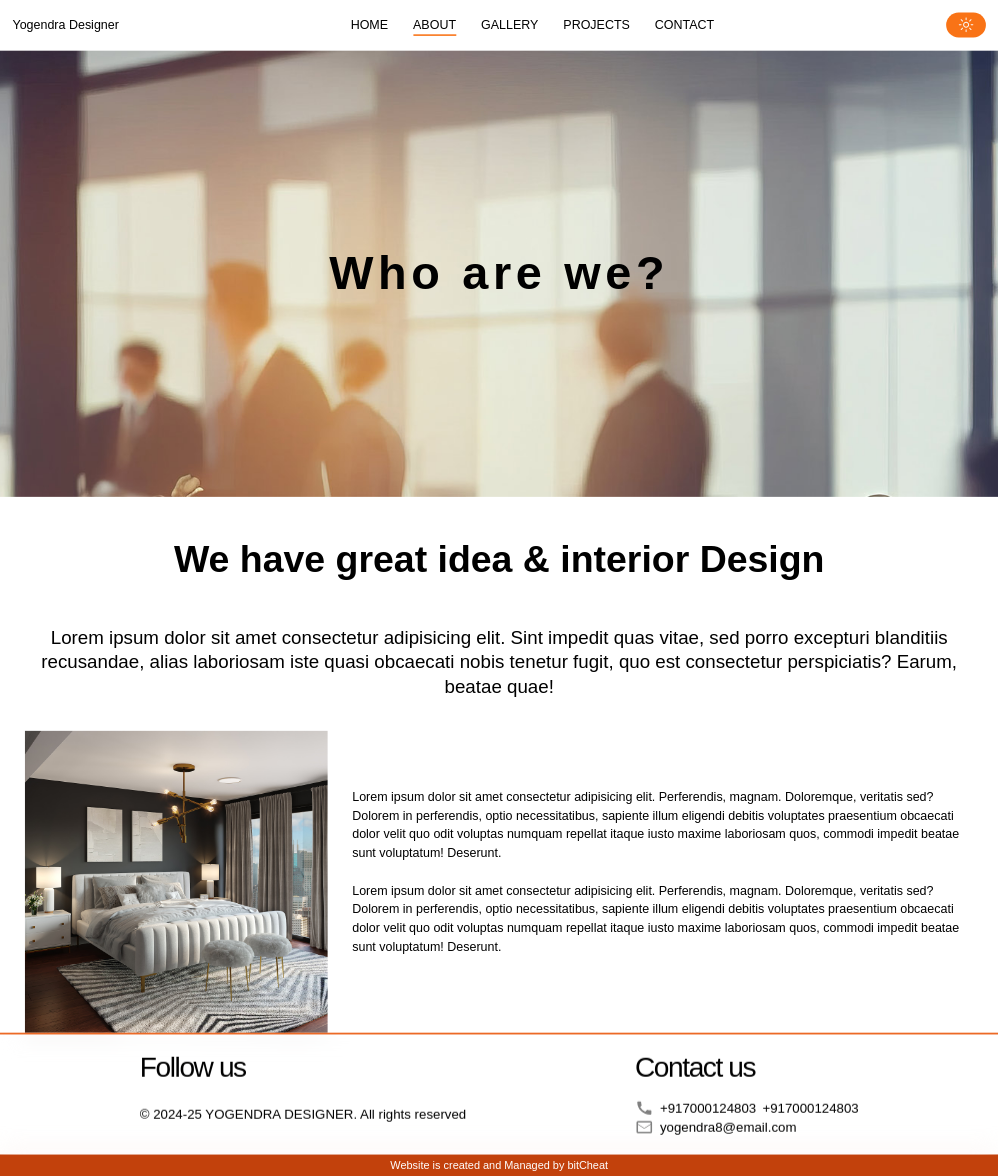
Repository: hitoutvrma/MB_designs-Interior-Designing-website
Page: /about
An editor plug-in stored every save of this project. The page is shown before and after the next save, followed by the edit.
The browser window is 1280 px wide. The pictures show the whole page, at 78% of full size.
The project was rebuilt for these pictures with package versions that can differ from the ones it lists, and the page was loaded fresh each time. The framework's server and built-in components were replaced by stand-ins that run in the browser. Also part of the build but not shown: next.config.mjs.

Above is the page before, as saved 2024-09-16 20:42:42.

### app/layout.js
import localFont from "next/font/local";
import { Sen } from "next/font/google";
import "./globals.css";
import Header from "@/components/ui/Header";
import Footer from "@/components/ui/Footer";
import { ThemeProvider } from "@/components/ThemeProvider";

const josef = Sen({
  subsets:["latin"],
  weight:["400","500","600","700"],
  display:"swap"
})

// const geistSans = localFont({
//   src: "./fonts/GeistVF.woff",
//   variable: "--font-geist-sans",
//   weight: "100 900",
// });
// const geistMono = localFont({
//   src: "./fonts/GeistMonoVF.woff",
//   variable: "--font-geist-mono",
//   weight: "100 900",
// });

export const metadata = {
  title: "Create Next App",
  description: "Generated by create next app",
};

export default function RootLayout({ children }) {
  return (
    <html lang="en" suppressHydrationWarning>
      <body
        className={`${josef.variable} ${josef.variable} overflow-x-hidden antialiased`}
      >
        <ThemeProvider attribute='class' defaultTheme='light'>

        <Header/>
        {children}
        <Footer/>
        </ThemeProvider>
      </body>
    </html>
  );
}

### app/about/page.jsx
import Image from 'next/image'
import React from 'react'

const page = () => {
  return (
    <div>
      <div className="bg-[url('/image/whoweare.jpg')] bg-center bg-cover">
        <h1 className='container py-32 text-6xl font-semibold text-black tracking-widest text-center lg:py-64'>Who are we?</h1>
      </div>
      <div className='container'>
        <div className='pt-4'>
          <h2 className='text-3xl font-semibold text-center lg:p-10 lg:text-5xl'>We have great idea & interior Design</h2>
          <p className='text-2xl text-center font-medium pb-10 mt-5'>Lorem ipsum dolor sit amet consectetur adipisicing elit. Sint impedit quas vitae, sed porro excepturi blanditiis recusandae, alias laboriosam iste quasi obcaecati nobis tenetur fugit, quo est consectetur perspiciatis? Earum, beatae quae!</p>
        </div>


      <div className='items-center lg:flex gap-x-8'>
        {/*Left side */}
      <div className='w-full'>
        <Image src="/image/gallery1123.jpg" width={700} height={700}/>
      </div>
      {/*Left side */}
      <div>
      <p>
        Lorem ipsum dolor sit amet consectetur adipisicing elit. Perferendis, magnam. Doloremque, veritatis sed? Dolorem in perferendis, optio necessitatibus, sapiente illum eligendi debitis voluptates praesentium obcaecati dolor velit quo odit voluptas numquam repellat itaque iusto maxime laboriosam quos, commodi impedit beatae sunt voluptatum! Deserunt.<br/><br/>
        Lorem ipsum dolor sit amet consectetur adipisicing elit. Perferendis, magnam. Doloremque, veritatis sed? Dolorem in perferendis, optio necessitatibus, sapiente illum eligendi debitis voluptates praesentium obcaecati dolor velit quo odit voluptas numquam repellat itaque iusto maxime laboriosam quos, commodi impedit beatae sunt voluptatum! Deserunt.<br/><br/>
      </p>

      </div>
      </div>
      </div>
    </div>
  )
}

export default page

### app/globals.css
@tailwind base;
@tailwind components;
@tailwind utilities;


body {
  color: var(--foreground);
  background: var(--background);
  font-family: Arial, Helvetica, sans-serif;
}

@layer utilities {
  .text-balance {
    text-wrap: balance;
  }
}


@layer base {
  :root {
    --background: 0 0% 100%;
    --foreground: 20 14.3% 4.1%;
    --card: 0 0% 100%;
    --card-foreground: 20 14.3% 4.1%;
    --popover: 0 0% 100%;
    --popover-foreground: 20 14.3% 4.1%;
    --primary: 24.6 95% 53.1%;
    --primary-foreground: 60 9.1% 97.8%;
    --secondary: 60 4.8% 95.9%;
    --secondary-foreground: 24 9.8% 10%;
    --muted: 60 4.8% 95.9%;
    --muted-foreground: 25 5.3% 44.7%;
    --accent: 60 4.8% 95.9%;
    --accent-foreground: 24 9.8% 10%;
    --destructive: 0 84.2% 60.2%;
    --destructive-foreground: 60 9.1% 97.8%;
    --border: 20 5.9% 90%;
    --input: 20 5.9% 90%;
    --ring: 24.6 95% 53.1%;
    --radius: 0.5rem;
    --chart-1: 12 76% 61%;
    --chart-2: 173 58% 39%;
    --chart-3: 197 37% 24%;
    --chart-4: 43 74% 66%;
    --chart-5: 27 87% 67%;
  }

  .dark {
    --background: 20 14.3% 4.1%;
    --foreground: 60 9.1% 97.8%;
    --card: 20 14.3% 4.1%;
    --card-foreground: 60 9.1% 97.8%;
    --popover: 20 14.3% 4.1%;
    --popover-foreground: 60 9.1% 97.8%;
    --primary: 20.5 90.2% 48.2%;
    --primary-foreground: 60 9.1% 97.8%;
    --secondary: 12 6.5% 15.1%;
    --secondary-foreground: 60 9.1% 97.8%;
    --muted: 12 6.5% 15.1%;
    --muted-foreground: 24 5.4% 63.9%;
    --accent: 12 6.5% 15.1%;
    --accent-foreground: 60 9.1% 97.8%;
    --destructive: 0 72.2% 50.6%;
    --destructive-foreground: 60 9.1% 97.8%;
    --border: 12 6.5% 15.1%;
    --input: 12 6.5% 15.1%;
    --ring: 20.5 90.2% 48.2%;
    --chart-1: 220 70% 50%;
    --chart-2: 160 60% 45%;
    --chart-3: 30 80% 55%;
    --chart-4: 280 65% 60%;
    --chart-5: 340 75% 55%;
  }
}



@layer base {
  * {
    @apply border-border;
  }
  body {
    @apply bg-background text-foreground;
  }
}

.h1{
  @apply text-6xl xl:text-[72px] xl:leading-[80px] tracking-[-2px] font-bold mb-5 mt-4;
}

### components/ui/Header.jsx
'use client';
import React from 'react'
 import ThemeToggler from '../ThemeToggler'
import MobileNavigation from './MobileNavigation';
import Nav from './Nav';
const Header = () => {
  return (
    <div className='flex justify-between p-4 items-center '>
      <div>Yogendra Designer</div>
      <Nav containerStyles='hidden xl:flex gap-8 items-center' linkStyles='relative hover:text-primary transition-all' underlineStyles ='absolute left-0 top-full h-[2px] bg-primary w-full'
      />
      <div className='flex gap-2 items-center'>

      <ThemeToggler/>
      <div className='xl:hidden'>

      <MobileNavigation/>
      </div>
      </div>
    </div>
  )
}

export default Header

### components/ui/Footer.jsx
import React from 'react'

const Footer = () => {
  return (
    <div className='w-screen'>

    <div class="sm:flex justify-between  border-t-2 border-t-orange-600  backdrop-blur-lg sm:px-[14vw] px-4 py-[3vh] text-[17px] ">
  <div className='mb-8 sm:mb-0'>
    <head>
    <link rel="stylesheet" href="https://cdnjs.cloudflare.com/ajax/libs/font-awesome/6.0.0-beta3/css/all.min.css"/>

    </head>
    <h1 class="pb-5 text-4xl tracking-tighter">Follow us</h1>
    <div className='flex gap-x-6 pb-2 text-4xl'>
    <a href="https://instagram/hitoutvrma" className="text-gray-600 hover:text-pink-500 transition-transform duration-300 transform hover:scale-110"><i class="fa-brands fa-instagram" ></i></a>
      <a href="https://www.linkedin.com/in/hitesh-verma-3695b0254/" className="text-gray-600 hover:text-blue-700 transition-transform duration-300 transform hover:scale-110"><i class="fa-brands fa-linkedin"></i></a>
      <a href="https://x.com/hitesh_404" className="text-gray-600 hover:text-blue-700 transition-transform duration-300 transform hover:scale-110"><i class="fa-brands fa-facebook"></i></a>
    </div>
    <div className='sm:block hidden'>&copy; 2024-25 YOGENDRA DESIGNER. All rights reserved</div>
  </div>
  <div>
    <h1 class="pb-5 text-4xl tracking-tighter">Contact us</h1>
    <div class="flex gap-x-2">
      <svg class="text" xmlns="http://www.w3.org/2000/svg" viewBox="0 0 24 24" width="24" height="24" fill="gray">
        <path d="M6.62 10.79a15.533 15.533 0 006.59 6.59l2.2-2.2a1 1 0 011.09-.27c1.12.37 2.33.57 3.6.57a1 1 0 011 1V20a1 1 0 01-1 1C10.29 21 3 13.71 3 5a1 1 0 011-1h3.01a1 1 0 011 1c0 1.27.2 2.48.57 3.6a1 1 0 01-.27 1.09l-2.2 2.2z" />
      </svg>
      <a href="tel:+917000124803" class="hover:underline">+917000124803</a>
      <a href="tel:+917000124803" class="hover:underline">+917000124803</a>
    </div>
    <div class="flex gap-x-2">
      <svg xmlns="http://www.w3.org/2000/svg" viewBox="0 0 24 24" width="24" height="24" fill="gray">
        <path d="M20 4H4a2 2 0 00-2 2v12a2 2 0 002 2h16a2 2 0 002-2V6a2 2 0 00-2-2zM4 6h16v2l-8 5-8-5V6zm0 12V9l7.39 4.62a1 1 0 001.22 0L20 9v9H4z" />
      </svg>
      <a href="mailto:example@email.com" class="hover:underline">yogendra8@email.com</a>
    </div>
  </div>
    </div>
  <div className='flex items-center justify-center p-1 text-sm bg-orange-700 text-white border-t-orange-600'>Website is created and Managed by bitCheat</div>
</div>

  )
}

export default Footer

### components/ThemeProvider.jsx
'use client';

import { ThemeProvider as NextThemesProvider } from "next-themes";

export function ThemeProvider({ children, ...props }) {
    return <NextThemesProvider {...props}>
        { children }
    </NextThemesProvider>
}

### components/ThemeToggler.jsx
import { Button } from "./ui/button";
import { useTheme } from "next-themes";
import { SunIcon, MoonIcon } from "@radix-ui/react-icons";

const ThemeToggler = () => {
    const { theme, setTheme } = useTheme();

  return (
    <div>
      <Button  onClick={()=>setTheme(theme==='dark'?'light':'dark')}>
        <SunIcon className="h-[1.2rem] w-[1.2rem] scale-100 rotate-0 transition-all dark:rotate-90 dark:scale-0"/>
        <MoonIcon className="w-[1rem] absolute scale-0 rotate-90 transition-all dark:rotate-0 dark:scale-100"/>
      </Button>
    </div>
  )
}

export default ThemeToggler

### components/ui/MobileNavigation.jsx
import React from 'react'

import {Sheet, SheetContent, SheetTrigger} from '@/components/ui/sheet';
import Nav from './Nav';
import { AlignJustify } from 'lucide-react';

const MobileNavigation = () => {
  return (
    <Sheet>
        <SheetTrigger asChild>
            <AlignJustify className='cursor-pointer'/>
        </SheetTrigger>
        <SheetContent>
            <div className='p-3 flex flex-col items-center'>
                <div>
                    <div>Yogendra designer</div>
                    <Nav containerStyles='flex flex-col items-center gap-y-2' linkStyles='text-1xl '/>
                </div>
            </div>
        </SheetContent>
    </Sheet>
  )
}

export default MobileNavigation

### components/ui/Nav.jsx
//Hooks

import { usePathname } from "next/navigation";
import { motion } from "framer-motion";
import Link from "next/link";

const links = [
    {
        path:'/',name:'home'
    },
    {
        path:'/about',name:'about'
    },
    {
        path:'/gallery',name:'gallery'
    },
    {
        path:'/projects',name:'projects'
    },
    {
        path:'/contact',name:'contact'
    },
]
const Nav = ({ containerStyles, linkStyles, underlineStyles } ) => {

    const path = usePathname();
  return (
    <div className={`${containerStyles}`} >
        {
            links.map((link,index) =>{
                return(
                    <Link href={link.path}
                    key={index} className={`uppercase ${linkStyles}`}>
                        {link.path===path && (
                            <motion.span
                            initial={{y:'-100%'}}
                            animate={{y:0}}
                            transition={{ type:'tween'}}
                            layoutId="underline"
                            className={`${underlineStyles}`}
                            />
                        )}
                        {link.name}

                    </Link>
                )
            })
        }
      </div>
  )
}

export default Nav

### components/ui/button.jsx
import * as React from "react"
import { Slot } from "@radix-ui/react-slot"
import { cva } from "class-variance-authority";

import { cn } from "@/lib/utils"

const buttonVariants = cva(
  "inline-flex items-center justify-center whitespace-nowrap rounded-full text-base font-medium ring-offset-background transition-colors focus-visible:outline-none focus-visible:ring-2 focus-visible:ring-ring focus-visible:ring-offset-2 disabled:pointer-events-none disabled:opacity-50",
  {
    variants: {
      variant: {
        default: "bg-primary text-primary-foreground hover:bg-primary/90",
        destructive:
          "bg-destructive text-destructive-foreground hover:bg-destructive/90",
        outline:
          "border border-input bg-background hover:bg-accent hover:text-accent-foreground",
        secondary:
          "bg-secondary text-secondary-foreground hover:bg-secondary/80",
        ghost: "hover:bg-accent hover:text-accent-foreground",
        link: "text-primary underline-offset-4 hover:underline",
      },
      size: {
        default: "sm:h-[2.5vw] h-[7vw] px-4 py-2",
        sm: "h-9 rounded-md px-3",
        lg: "h-11 rounded-md px-8",
        icon: "h-10 w-10",
      },
    },
    defaultVariants: {
      variant: "default",
      size: "default",
    },
  }
)

const Button = React.forwardRef(({ className, variant, size, asChild = false, ...props }, ref) => {
  const Comp = asChild ? Slot : "button"
  return (
    (<Comp
      className={cn(buttonVariants({ variant, size, className }))}
      ref={ref}
      {...props} />)
  );
})
Button.displayName = "Button"

export { Button, buttonVariants }

### components/ui/sheet.jsx
"use client";
import * as React from "react"
import * as SheetPrimitive from "@radix-ui/react-dialog"
import { cva } from "class-variance-authority";
import { X } from "lucide-react"

import { cn } from "@/lib/utils"

const Sheet = SheetPrimitive.Root

const SheetTrigger = SheetPrimitive.Trigger

const SheetClose = SheetPrimitive.Close

const SheetPortal = SheetPrimitive.Portal

const SheetOverlay = React.forwardRef(({ className, ...props }, ref) => (
  <SheetPrimitive.Overlay
    className={cn(
      "fixed inset-0 z-50 bg-black/80  data-[state=open]:animate-in data-[state=closed]:animate-out data-[state=closed]:fade-out-0 data-[state=open]:fade-in-0",
      className
    )}
    {...props}
    ref={ref} />
))
SheetOverlay.displayName = SheetPrimitive.Overlay.displayName

const sheetVariants = cva(
  "fixed z-50 gap-4 bg-background p-6 shadow-lg transition ease-in-out data-[state=open]:animate-in data-[state=closed]:animate-out data-[state=closed]:duration-300 data-[state=open]:duration-500",
  {
    variants: {
      side: {
        top: "inset-x-0 top-0 border-b data-[state=closed]:slide-out-to-top data-[state=open]:slide-in-from-top",
        bottom:
          "inset-x-0 bottom-0 border-t data-[state=closed]:slide-out-to-bottom data-[state=open]:slide-in-from-bottom",
        left: "inset-y-0 left-0 h-full w-3/4 border-r data-[state=closed]:slide-out-to-left data-[state=open]:slide-in-from-left sm:max-w-sm",
        right:
          "inset-y-0 right-0 h-full w-3/4  border-l data-[state=closed]:slide-out-to-right data-[state=open]:slide-in-from-right sm:max-w-sm",
      },
    },
    defaultVariants: {
      side: "right",
    },
  }
)

const SheetContent = React.forwardRef(({ side = "right", className, children, ...props }, ref) => (
  <SheetPortal>
    <SheetOverlay />
    <SheetPrimitive.Content ref={ref} className={cn(sheetVariants({ side }), className)} {...props}>
      {children}
      <SheetPrimitive.Close
        className="absolute right-4 top-4 rounded-sm opacity-70 ring-offset-background transition-opacity hover:opacity-100 focus:outline-none focus:ring-2 focus:ring-ring focus:ring-offset-2 disabled:pointer-events-none data-[state=open]:bg-secondary">
        <X className="h-4 w-4" />
        <span className="sr-only">Close</span>
      </SheetPrimitive.Close>
    </SheetPrimitive.Content>
  </SheetPortal>
))
SheetContent.displayName = SheetPrimitive.Content.displayName

const SheetHeader = ({
  className,
  ...props
}) => (
  <div
    className={cn("flex flex-col space-y-2 text-center sm:text-left", className)}
    {...props} />
)
SheetHeader.displayName = "SheetHeader"

const SheetFooter = ({
  className,
  ...props
}) => (
  <div
    className={cn("flex flex-col-reverse sm:flex-row sm:justify-end sm:space-x-2", className)}
    {...props} />
)
SheetFooter.displayName = "SheetFooter"

const SheetTitle = React.forwardRef(({ className, ...props }, ref) => (
  <SheetPrimitive.Title
    ref={ref}
    className={cn("text-lg font-semibold text-foreground", className)}
    {...props} />
))
SheetTitle.displayName = SheetPrimitive.Title.displayName

const SheetDescription = React.forwardRef(({ className, ...props }, ref) => (
  <SheetPrimitive.Description
    ref={ref}
    className={cn("text-sm text-muted-foreground", className)}
    {...props} />
))
SheetDescription.displayName = SheetPrimitive.Description.displayName

export {
  Sheet,
  SheetPortal,
  SheetOverlay,
  SheetTrigger,
  SheetClose,
  SheetContent,
  SheetHeader,
  SheetFooter,
  SheetTitle,
  SheetDescription,
}

### tailwind.config.js
/** @type {import('tailwindcss').Config} */
module.exports = {
	darkMode: ["class"], // Dark mode setting
	content: [
	  "./pages/**/*.{js,ts,jsx,tsx,mdx}",
	  "./components/**/*.{js,ts,jsx,tsx,mdx}",
	  "./app/**/*.{js,ts,jsx,tsx,mdx}",
	],
	theme: {
	  // Container customization
	  container: {
		center: true, // Centers the container horizontally
		padding: '2rem', // Adds 1rem of padding (16px) on all sides
		screens: {
		  sm: '100%',  // Container takes 100% width on small screens
		  md: '100%',  // Container takes 100% width on medium screens
		  lg: '1024px', // Container is 1024px wide on large screens
		  xl: '1280px', // Container is 1280px wide on extra-large screens
		  '2xl': '1536px', // Container is 1536px wide on 2XL screens
		},
	  },
	  extend: {
		// Extending color palette
		colors: {
		  background: 'hsl(var(--background))',
		  foreground: 'hsl(var(--foreground))',
		  card: {
			DEFAULT: 'hsl(var(--card))',
			foreground: 'hsl(var(--card-foreground))',
		  },
		  popover: {
			DEFAULT: 'hsl(var(--popover))',
			foreground: 'hsl(var(--popover-foreground))',
		  },
		  primary: {
			DEFAULT: 'hsl(var(--primary))',
			foreground: 'hsl(var(--primary-foreground))',
		  },
		  secondary: {
			DEFAULT: 'hsl(var(--secondary))',
			foreground: 'hsl(var(--secondary-foreground))',
		  },
		  muted: {
			DEFAULT: 'hsl(var(--muted))',
			foreground: 'hsl(var(--muted-foreground))',
		  },
		  accent: {
			DEFAULT: 'hsl(var(--accent))',
			foreground: 'hsl(var(--accent-foreground))',
		  },
		  destructive: {
			DEFAULT: 'hsl(var(--destructive))',
			foreground: 'hsl(var(--destructive-foreground))',
		  },
		  border: 'hsl(var(--border))',
		  input: 'hsl(var(--input))',
		  ring: 'hsl(var(--ring))',
		  chart: {
			'1': 'hsl(var(--chart-1))',
			'2': 'hsl(var(--chart-2))',
			'3': 'hsl(var(--chart-3))',
			'4': 'hsl(var(--chart-4))',
			'5': 'hsl(var(--chart-5))',
		  },
		},
		// Extending border radius
		borderRadius: {
		  lg: 'var(--radius)',
		  md: 'calc(var(--radius) - 2px)',
		  sm: 'calc(var(--radius) - 4px)',
		},
	  },
	},
	plugins: [require("tailwindcss-animate")],
  };

Loaded but not shown: lib/utils.js (common file)

After the next save:
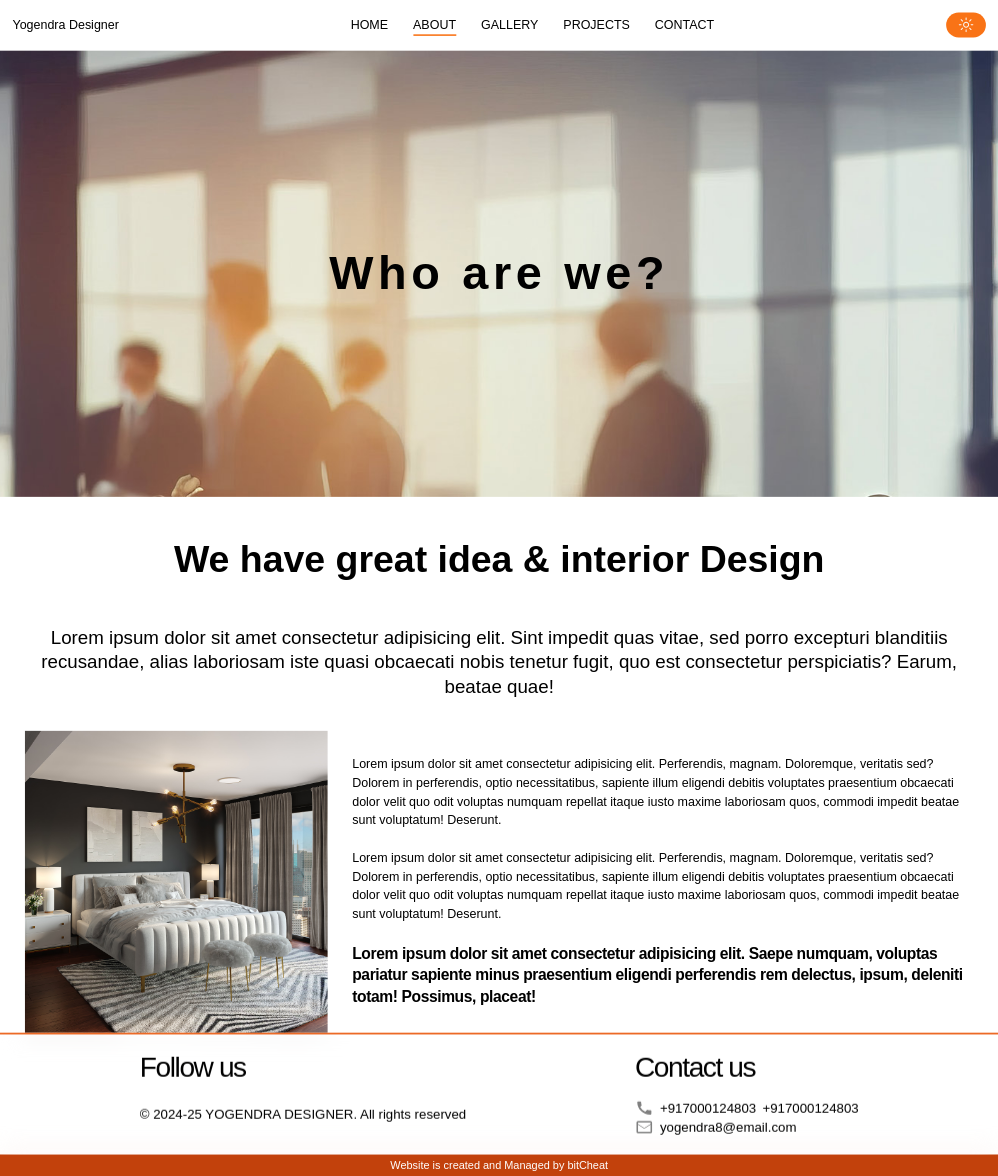
Saved 75 s later.
--- a/app/about/page.jsx
+++ b/app/about/page.jsx
@@ -24,6 +24,9 @@ const page = () => {
       <p>
         Lorem ipsum dolor sit amet consectetur adipisicing elit. Perferendis, magnam. Doloremque, veritatis sed? Dolorem in perferendis, optio necessitatibus, sapiente illum eligendi debitis voluptates praesentium obcaecati dolor velit quo odit voluptas numquam repellat itaque iusto maxime laboriosam quos, commodi impedit beatae sunt voluptatum! Deserunt.<br/><br/>
         Lorem ipsum dolor sit amet consectetur adipisicing elit. Perferendis, magnam. Doloremque, veritatis sed? Dolorem in perferendis, optio necessitatibus, sapiente illum eligendi debitis voluptates praesentium obcaecati dolor velit quo odit voluptas numquam repellat itaque iusto maxime laboriosam quos, commodi impedit beatae sunt voluptatum! Deserunt.<br/><br/>
+        <span className='text-xl font-extrabold tracking-tight'>
+          Lorem ipsum dolor sit amet consectetur adipisicing elit. Saepe numquam, voluptas pariatur sapiente minus praesentium eligendi perferendis rem delectus, ipsum, deleniti totam! Possimus, placeat!
+        </span>
       </p>
 
       </div>
